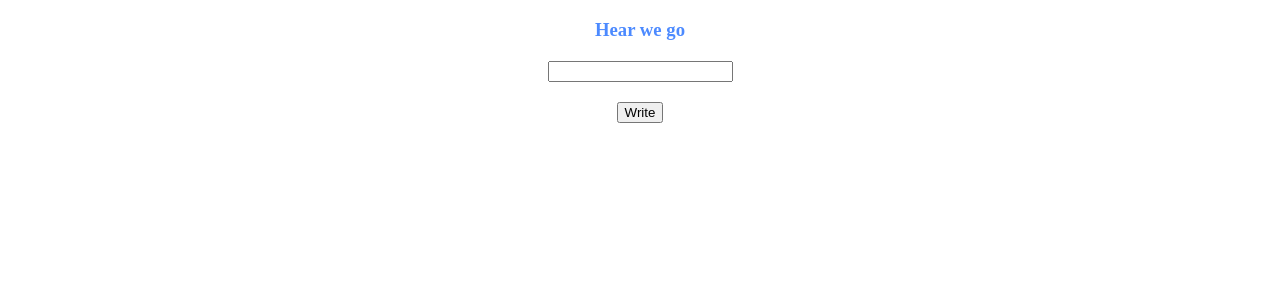
Repository: jn222rv/1dv403-laborationer
Page: 2-labbymezzage/index.html
The author's editor kept a record of every edit. The page is drawn from the files as they stood at one moment, then again after the next edit.
The browser window is 1280 px wide. The pictures show the whole page.

Above is the page before.

After the next edit:
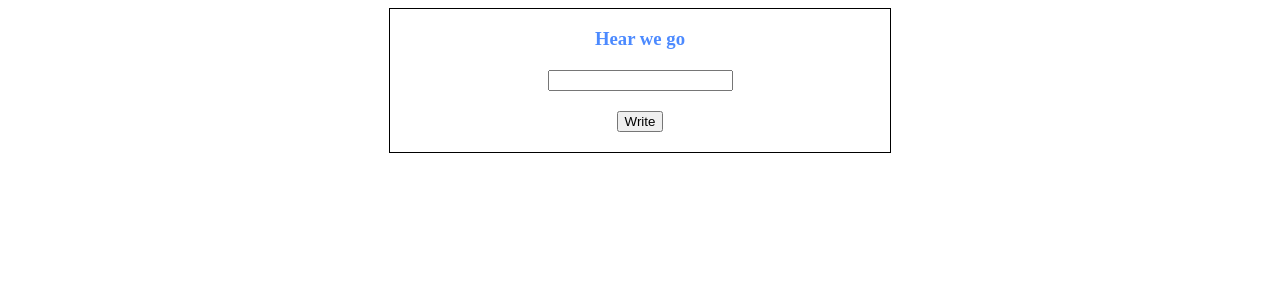
The edit:
--- a/2-labbymezzage/index.html
+++ b/2-labbymezzage/index.html
@@ -8,7 +8,7 @@
         <script src="js/MessageBoard.js"></script>
     </head>
     <body>
-        <div>
+        <div id="main">
             <h3>Hear we go</h3>
             <div id="messageArea">
 
